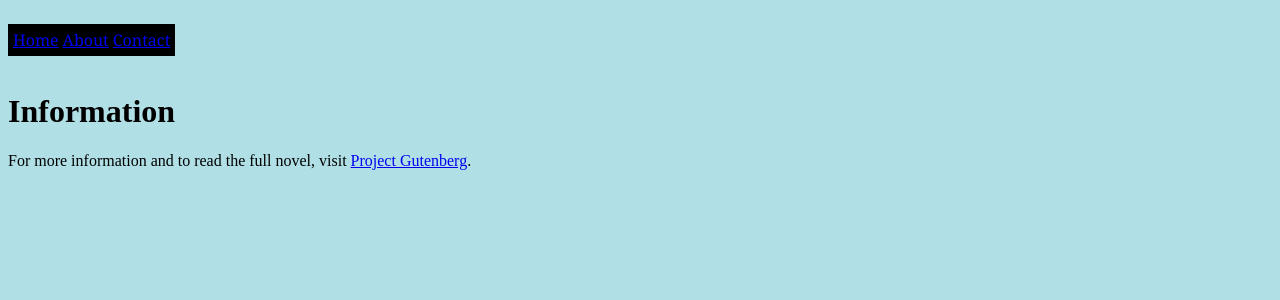
Repository: Brittany-Westlund/WebDesign
Page: Assignment2/info.html
An editor plug-in stored every save of this project. The page is shown before and after the next save, followed by the edit.
The browser window is 1280 px wide. The pictures show the whole page.

Above is the page before, as saved 2025-05-27 01:31:17.

### Assignment2/info.html
<head>
  <link rel="stylesheet" href="style/style.css">
</head>

<body>

<nav>
  <ul>
    <li><a href="index.html">Home</a></li>
    <li><a href="about.html">About</a></li>
    <li><a href="contact.html">Contact</a></li>
  </ul>
</nav>

<h1>Information</h1>
<p>For more information and to read the full novel, visit <a href="https://www.gutenberg.org/ebooks/1342">Project Gutenberg</a>.</p>

</body>

### Assignment2/style/style.css
body {
    background-color: powderblue;
}

header {
    border: 5px solid black;
    padding: 35px;
    text-align: center;
    background-color: snow;
}

nav {
   display: inline-block;
}

ul {

    background-color: black;
    color: white;
    padding: 5px;
    text-align: center;
}

li {
    list-style-type: none;
    color: white;
    display: inline-block;
    font-family: Georgia, serif;
}

div {
   background-color: snow;
   padding: 10px;
   margin: 10px;
}

footer {
   background-color: black;
   color: white;
   padding: 5px;
   text-align: center;
}

After the next save:
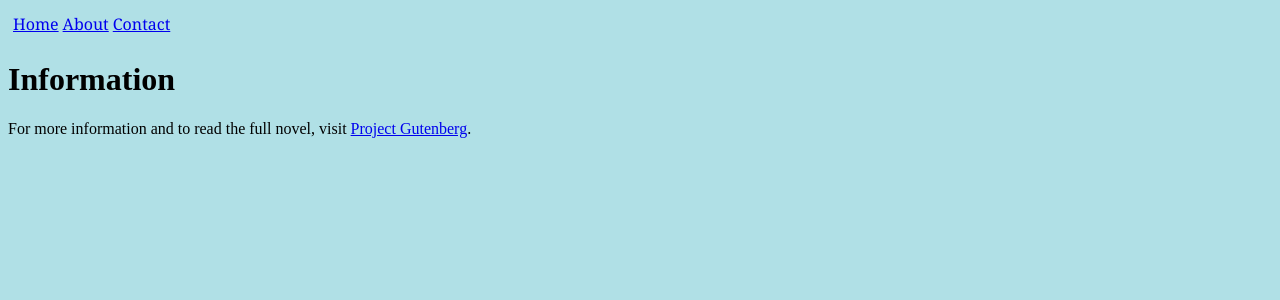
Saved 76 s later.
--- a/Assignment2/style/style.css
+++ b/Assignment2/style/style.css
@@ -10,19 +10,18 @@ header {
 }
 
 nav {
-   display: inline-block;
+   max-width: 100%;
+   margin: 0 auto;
 }
 
 ul {
 
-    background-color: black;
-    color: white;
     padding: 5px;
-    text-align: center;
 }
 
 li {
     list-style-type: none;
+    text-align: center;
     color: white;
     display: inline-block;
     font-family: Georgia, serif;
